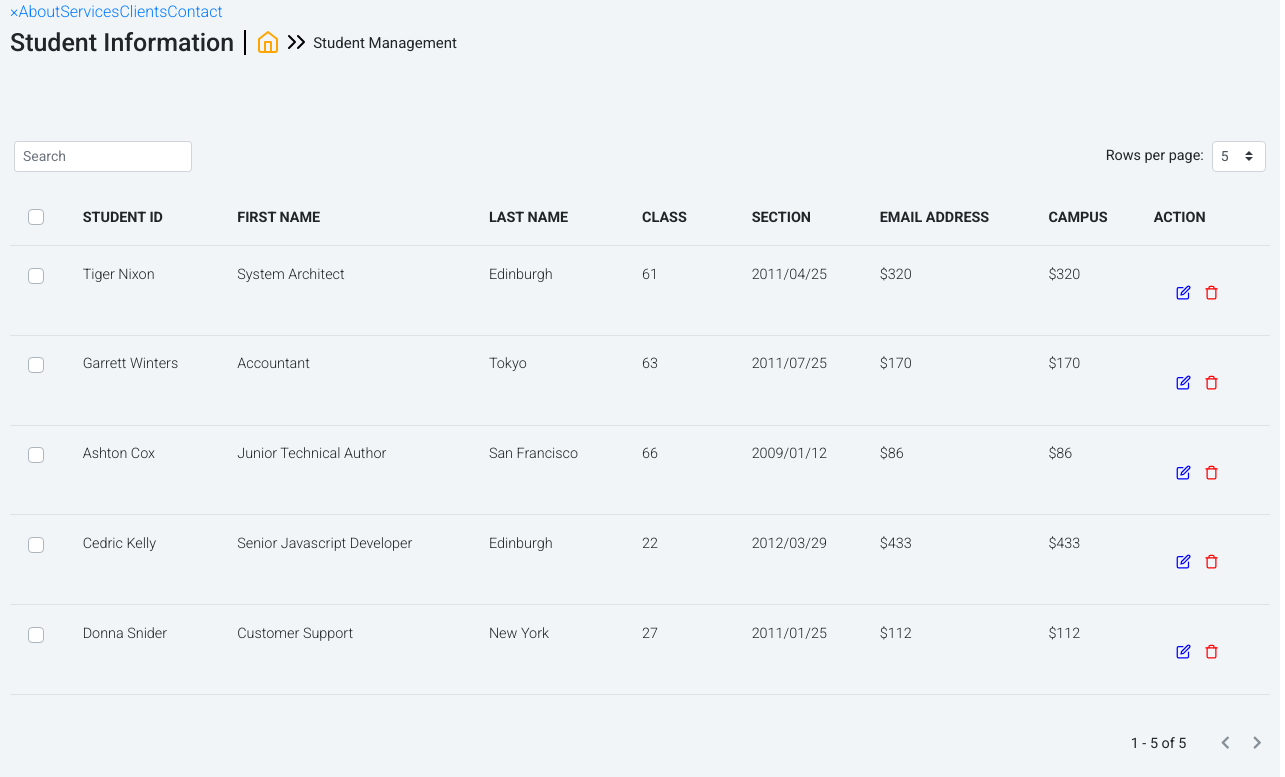
Repository: deepakrajput1998/hestabit_assignment
Page: /
The author's editor kept a copy of each file at every save. The page is drawn from the files as they stood at one save, then again after the next save.
The browser window is 1280 px wide. The page is 1285 px wide, so the pictures cover 1285 px, including what lies to the right of the window. The pictures show the whole page.
The project was rebuilt for these pictures with package versions that can differ from the ones it lists, and the page was loaded fresh each time. Also part of the build but not shown: src/Component/Sidedrawer/Sidedrawer.module.css.

Above is the page before, as saved 2021-07-25 04:21:06.

### src/index.js
import React from 'react';
import ReactDOM from 'react-dom';
import './index.css';
import App from './App';
import reportWebVitals from './reportWebVitals';
import "@fortawesome/fontawesome-free/css/all.min.css";
import "bootstrap-css-only/css/bootstrap.min.css";
import "mdbreact/dist/css/mdb.css";
ReactDOM.render(
  <React.StrictMode>
    <App />
  </React.StrictMode>,
  document.getElementById('root')
);

// If you want to start measuring performance in your app, pass a function
// to log results (for example: reportWebVitals(console.log))
// or send to an analytics endpoint. Learn more: https://bit.ly/CRA-vitals
reportWebVitals();

### src/Pages/StudentListing/StudentListing.js
import React from 'react'
import classes from "./StudentListing.module.css";
import {Home ,ChevronRight} from 'react-feather'
import DataTable from '../../Component/Common/DataTable/DataTable';
import { Sidedrawer } from '../../Component/Sidedrawer/Sidedrawer';
import { useRef } from 'react';
const StudentListing = () => {
   const sideDrawerRef= useRef()
    return (
      <div>
        <Sidedrawer sideDrawerRef={sideDrawerRef} />
        <div className={classes.StudentListing_header}>
          <span className={classes.StudentListing_title}>
            Student Information
          </span>
          <div className={classes.StudentListing_seprator}></div>
          <span style={{ marginTop: "5px" }}>
            {" "}
            <Home color="orange" />
          </span>
          <span style={{ marginTop: "5px" }}>
            {" "}
            <ChevronRight color="black" />
            <ChevronRight style={{ marginLeft: "-15px" }} color="black" />
          </span>
          <span className={classes.StudentListing_title2}>
            Student Management
          </span>
        </div>
        <div className="">
          <DataTable />
        </div>
      </div>
    );
}

export default StudentListing

### src/Pages/StudentListing/StudentListing.module.css
.StudentListing_title{
    font-size: 25px;
    font-weight: 500;
}
.StudentListing_title2{
    font-size: 15px;
    font-weight: 400;
     margin-block: auto;
}
.StudentListing_seprator{
    height: 25px;
    width:2px;
    background-color: black;
    margin-block: auto;
    margin-inline: 10px;
}
.StudentListing_header{
    display: flex;
    margin-bottom: 5%;
}

### src/Component/Common/DataTable/DataTable.js
import React from "react";
import { MDBDataTableV5 } from "mdbreact";
import { Edit, Trash } from "react-feather";

export default function DataTable({...rest}) {
    function openNav() {
     rest.sideDrawerRef.current.style.width = "250px";
    }
  const [datatable, setDatatable] = React.useState({
    columns: [
      {
        label: "STUDENT ID",
        field: "sid",
        width: 150,
        attributes: {
          "aria-controls": "DataTable",
          "aria-label": "Name",
        },
      },
      {
        label: "FIRST NAME",
        field: "fname",
        width: 270,
      },
      {
        label: "LAST NAME",
        field: "lname",
        width: 270,
      },
      {
        label: "CLASS",
        field: "class",
        width: 200,
      },
      {
        label: "SECTION",
        field: "section",
        sort: "asc",
        width: 100,
      },
      {
        label: "EMAIL ADDRESS",
        field: "email",
        sort: "disabled",
        width: 150,
      },
      {
        label: "CAMPUS",
        field: "campus",
        sort: "disabled",
        width: 100,
      },
      {
        label: "ACTION",
        field: "action",
        sort: "disabled",
        width: 100,
      },
    ],
    rows: [
      {
        sid: "Tiger Nixon",
        fname: "System Architect",
        lname: "Edinburgh",
        class: "61",
        section: "2011/04/25",
        email: "$320",
        campus: "$320",
        action: (
          <td>
            <Edit style={{cursor:'pointer', marginInline:'10px'}} color='blue' size={15} />{" "}
            <Trash color='red' size={15} />
          </td>
        ),
      },
      {
        sid: "Garrett Winters",
        fname: "Accountant",
        lname: "Tokyo",
        class: "63",
        section: "2011/07/25",
        email: "$170",
        campus: "$170",
        action: (
          <td>
            <Edit style={{cursor:'pointer', marginInline:'10px'}} onClick={()=>{
                openNav()
            }} color='blue' size={15} /> <Trash color='red'  size={15} />
          </td>
        ),
      },
      {
        sid: "Ashton Cox",
        fname: "Junior Technical Author",
        lname: "San Francisco",
        class: "66",
        section: "2009/01/12",
        email: "$86",
        campus: "$86",
        action: (
          <td>
            <Edit style={{cursor:'pointer', marginInline:'10px'}} color='blue' size={15} /> <Trash color='red'  size={15} />
          </td>
        ),
      },
      {
        sid: "Cedric Kelly",
        fname: "Senior Javascript Developer",
        lname: "Edinburgh",
        class: "22",
        section: "2012/03/29",
        email: "$433",
        campus: "$433",
        action: (
          <td>
            <Edit style={{cursor:'pointer', marginInline:'10px'}} color='blue' size={15} /> <Trash color='red'  size={15} />
          </td>
        ),
      },

      {
        sid: "Donna Snider",
        fname: "Customer Support",
        lname: "New York",
        class: "27",
        section: "2011/01/25",
        email: "$112",
        campus: "$112",
        action: (
          <td>
            <Edit style={{cursor:'pointer', marginInline:'10px'}} color='blue' size={15} /> <Trash color='red'  size={15} />
          </td>
        ),
      },
    ],
  });
  const [checkbox1, setCheckbox1] = React.useState("");

  const showLogs2 = (e) => {
    setCheckbox1(e);
  };

  return (
    <>
      <MDBDataTableV5
        hover
        entriesOptions={[5, 20, 25]}
        entries={5}
        pagesAmount={4}
        data={datatable}
        checkbox
        headCheckboxID="id41"
        bodyCheckboxID="checkboxes41"
        getValueCheckboxes={(e) => {
          showLogs2(e);
        }}
        getValueAllCheckBoxes={(e) => {
          showLogs2(e);
        }}
        multipleCheckboxes
        filledCheckboxes
        pagingTop
        searchTop
        searchBottom={false}

      />
    </>
  );
}

### src/Component/Sidedrawer/Sidedrawer.js
import React from 'react'
import classes from "./Sidedrawer.module.css";

export const Sidedrawer = ({onOpenClick,...rest}) => {


    function closeNav() {
      document.getElementById("mySidenav").style.width = "0";
    }
    return (
      <div>
        <div ref={rest.sideDrawerRef} id="mySidenav" className="sidenav">
          <a
            href="javascript:void(0)"
            className={classes.closebtn}
            onClick={() => {
              closeNav();
            }}
          >
            &times;
          </a>
          <a href="#">About</a>
          <a href="#">Services</a>
          <a href="#">Clients</a>
          <a href="#">Contact</a>
        </div>
      </div>
    );
}

Loaded but not shown: public/index.html (common file); src/index.css (common file); src/App.js (common file); src/reportWebVitals.js (common file); src/App.css (common file)

After the next save:
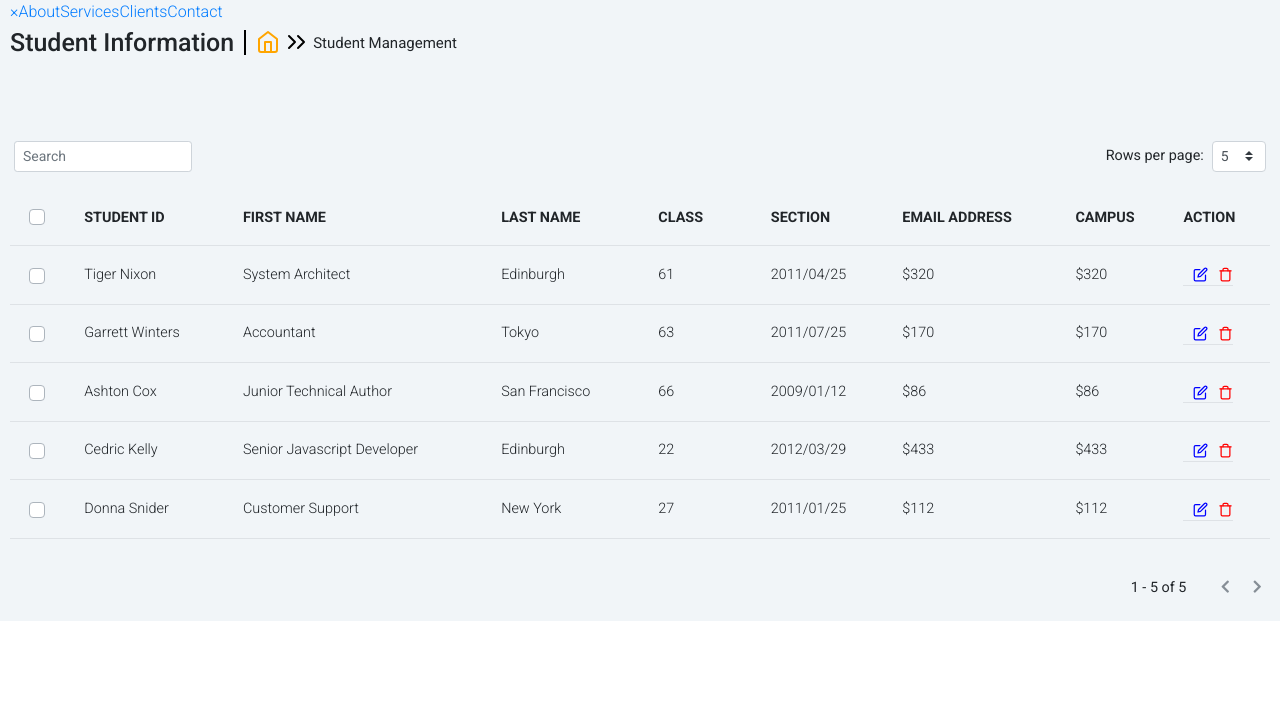
Saved 62 s later.
--- a/src/Component/Common/DataTable/DataTable.js
+++ b/src/Component/Common/DataTable/DataTable.js
@@ -6,7 +6,7 @@ export default function DataTable({...rest}) {
     function openNav() {
      rest.sideDrawerRef.current.style.width = "250px";
     }
-  const [datatable, setDatatable] = React.useState({
+  const [datatable, setratatable] = React.useState({
     columns: [
       {
         label: "STUDENT ID",
@@ -67,10 +67,10 @@ export default function DataTable({...rest}) {
         email: "$320",
         campus: "$320",
         action: (
-          <td>
+          <tr>
             <Edit style={{cursor:'pointer', marginInline:'10px'}} color='blue' size={15} />{" "}
             <Trash color='red' size={15} />
-          </td>
+          </tr>
         ),
       },
       {
@@ -82,11 +82,11 @@ export default function DataTable({...rest}) {
         email: "$170",
         campus: "$170",
         action: (
-          <td>
+          <tr>
             <Edit style={{cursor:'pointer', marginInline:'10px'}} onClick={()=>{
                 openNav()
             }} color='blue' size={15} /> <Trash color='red'  size={15} />
-          </td>
+          </tr>
         ),
       },
       {
@@ -98,9 +98,9 @@ export default function DataTable({...rest}) {
         email: "$86",
         campus: "$86",
         action: (
-          <td>
+          <tr>
             <Edit style={{cursor:'pointer', marginInline:'10px'}} color='blue' size={15} /> <Trash color='red'  size={15} />
-          </td>
+          </tr>
         ),
       },
       {
@@ -112,9 +112,9 @@ export default function DataTable({...rest}) {
         email: "$433",
         campus: "$433",
         action: (
-          <td>
+          <tr>
             <Edit style={{cursor:'pointer', marginInline:'10px'}} color='blue' size={15} /> <Trash color='red'  size={15} />
-          </td>
+          </tr>
         ),
       },
 
@@ -127,9 +127,9 @@ export default function DataTable({...rest}) {
         email: "$112",
         campus: "$112",
         action: (
-          <td>
+          <tr>
             <Edit style={{cursor:'pointer', marginInline:'10px'}} color='blue' size={15} /> <Trash color='red'  size={15} />
-          </td>
+          </tr>
         ),
       },
     ],
